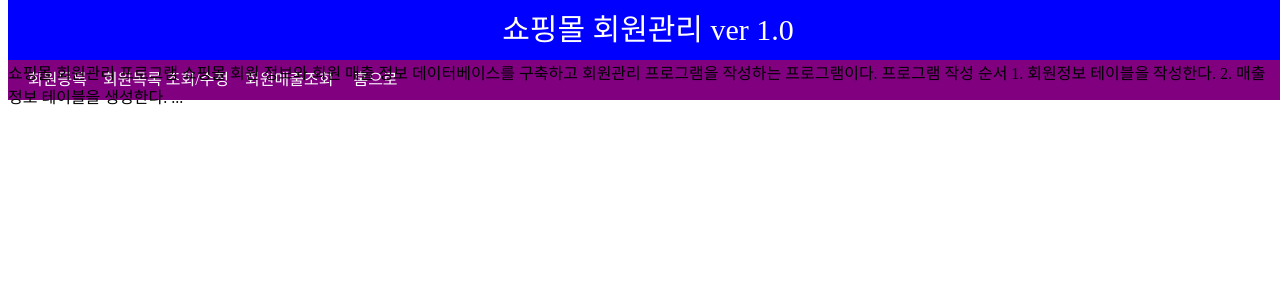
Repository: haileylee94/mini-project
Page: http://localhost/hrd/
These files come from the project's save history. The page is drawn as it stood at one moment and after the next save; the edit follows.
The browser window is 1280 px wide. The pictures show the whole page.
The page is served by Tomcat 9. Other server files are loaded and not shown.

Above is the page before, as saved 2022-11-17 09:25:07.

### hrd/WebContent/index.jsp
<%@ page language="java" contentType="text/html; charset=UTF-8"
    pageEncoding="UTF-8"%>
<!DOCTYPE html>
<html>
<head>
<meta charset="UTF-8">
<title>index</title>
<style type="text/css">
	header{
		position:fixed;
		top:0px;
		width:100%;
		height: 60px;
		background-color: blue;
		color: white;
		text-align: center;
		line-height: 60px;
		font-size: 30px;
	}
	nav{
		position: fixed;
		top: 60px;
		width: 100%;
		height: 40px;
		background-color: purple;
		line-height: 40px;
		padding-left: 20px;
		color: #fff;
	}
	section{
		position: fixed;
		top: 60px;
	}
</style>
</head>
<body>
	<header>
		쇼핑몰 회원관리 ver 1.0
	</header>
	<nav>
		회원등록 &nbsp;&nbsp;	회원목록 조회/수정 &nbsp;&nbsp;	회원매출조회 &nbsp;&nbsp;&nbsp;	홈으로
	</nav>
	<section>
		쇼핑몰 회원관리 프로그램
		쇼핑몰 회원 정보와 회원 매출 정보 데이터베이스를 구축하고 회원관리 프로그램을 작성하는 프로그램이다.
		프로그램 작성 순서
		1. 회원정보 테이블을 작성한다.
		2. 매출정보 테이블을 생성한다.
		...
	</section>
</body>
</html>

After the next save:
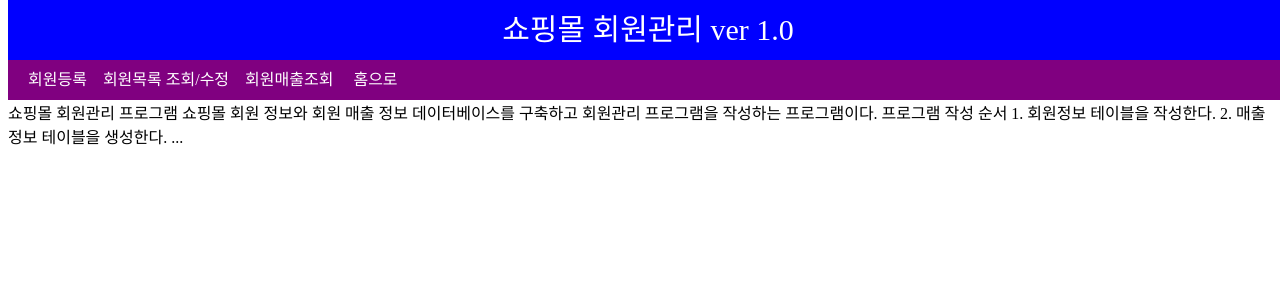
Saved 24 s later.
--- a/hrd/WebContent/index.jsp
+++ b/hrd/WebContent/index.jsp
@@ -29,7 +29,7 @@
 	}
 	section{
 		position: fixed;
-		top: 60px;
+		top: 100px;
 	}
 </style>
 </head>
